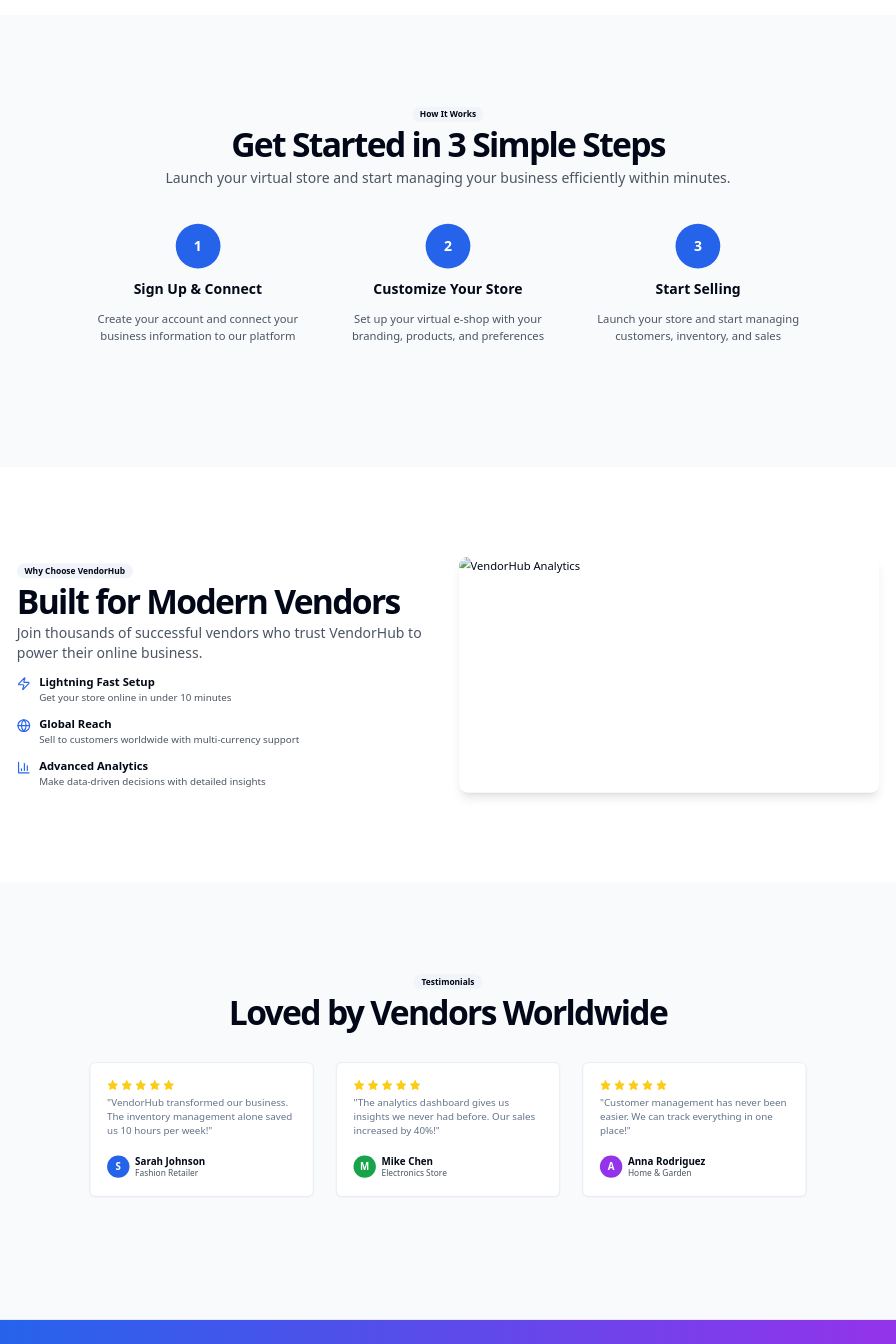
Repository: alokanand524/dukaandar-react
Page: /
These files come from the project's save history. The page is drawn as it stood at one moment and after the next save; the edit follows.
The browser window is 1280 px wide. The pictures show the part of the page from y = 1541 to 3461 px (the page is 3984 px tall), at 70% of full size.
The project was rebuilt for these pictures with package versions that can differ from the ones it lists, and the page was loaded fresh each time. Also part of the build but not shown: next.config.mjs, src/pages/TrialPage.js, src/components/ui/label.jsx, src/components/ui/separator.jsx, src/pages/LoginPage.js, src/pages/RegisterPage.js, src/components/Sidebar.js, src/components/DashboardHeader.js and 5 more.

Above is the page before, as saved 2025-07-18 11:30:48.

After the next save:
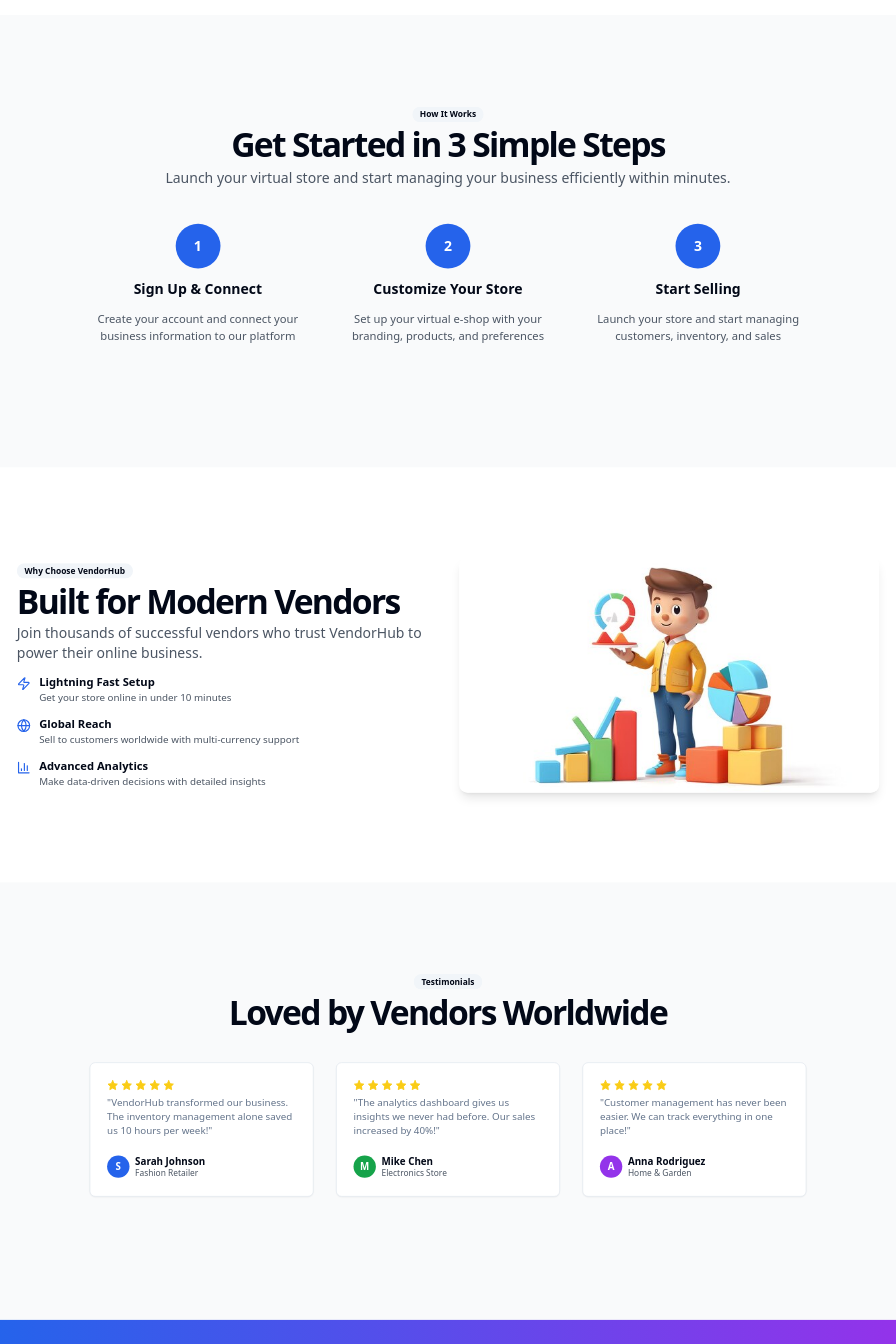
Saved 115 s later.
--- a/src/pages/LandingPage.js
+++ b/src/pages/LandingPage.js
@@ -281,7 +281,7 @@
               </div>
               <div className="flex items-center justify-center">
                 <img
-                  src="https://via.placeholder.com/600x400/f3f4f6/6b7280?text=Analytics+Preview"
+                  src="/vendor-analytics.jpg"
                   width="600"
                   height="400"
                   alt="VendorHub Analytics"
